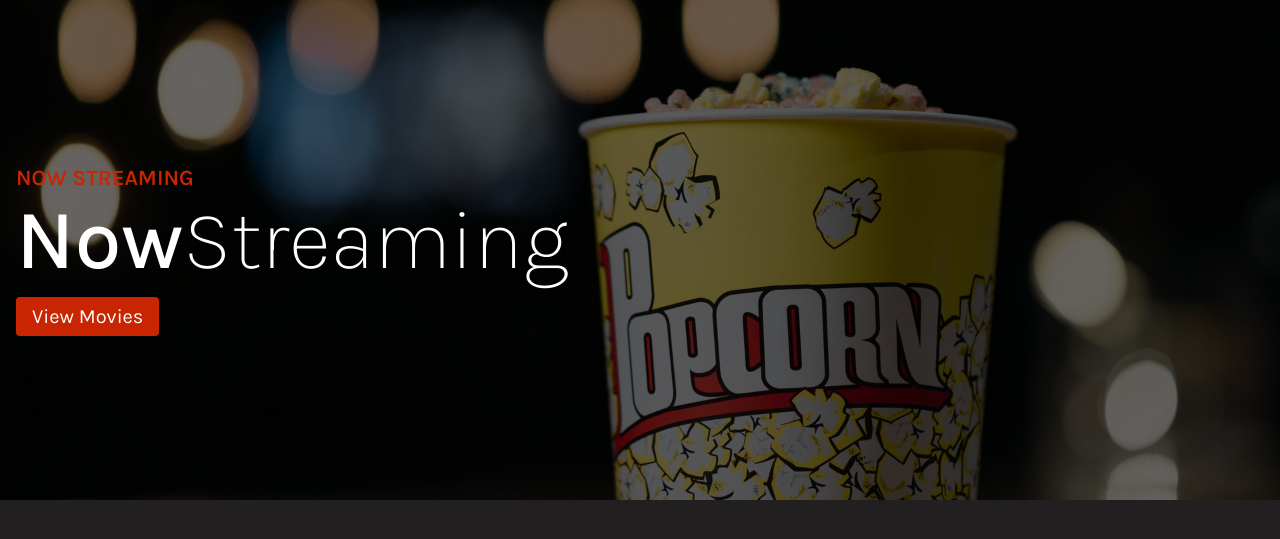
Repository: tomas938/films-overview
Page: /
An editor plug-in stored every save of this project. The page is shown before and after the next save, followed by the edit.
The browser window is 1280 px wide. The pictures show the whole page.
The page's requests for data from a server got no answer. The project was rebuilt for these pictures with package versions that can differ from the ones it lists, and the page was loaded fresh each time. The framework's server and built-in components were replaced by stand-ins that run in the browser. No one was signed in, and anything a server would have sent is missing. Also part of the build but not shown: nuxt.config.js, components/Loading.vue.

Above is the page before, as saved 2021-08-26 20:30:52.

### assets/defaults.scss
@import url('https://fonts.googleapis.com/css2?family=Karla:wght@200;300;400;500;600&display=swap');

* {
  margin: 0;
  padding: 0;
  box-sizing: border-box;
  font-family: 'Karla', sans-serif;
  scroll-behavior: smooth;
}

// app transitions
.page-enter-active,
.page-leave-active {
  transition: opacity 0.5s;
}
.page-enter,
.page-leave-to {
  opacity: 0;
}

.app {
  background-color: #211f1f;
  min-height: 100vh;
}

.button {
  display: inline-block;
  text-decoration: none;
  color: inherit;
  padding: 8px 16px;
  background-color: #c92502;
  border: none;
  color: #fff;
  border-radius: 4px;
  cursor: pointer;
  transition: 0.3s ease all;

  &:hover {
    background-color: #891b02;
  }
}

.button-light {
  background-color: transparent;
  border: 1px solid #c92502;

  &:hover {
    border-color: transparent;
  }
}

.container {
  max-width: 1400px;
  margin: 0 auto;
}

.loading {
  height: 100vh;
  width: 100%;
  display: flex;
  justify-content: center;
  align-items: center;

  @keyframes circle-loading {
    to {
      transform: rotateZ(360deg);
    }
  }

  span {
    display: block;
    width: 70px;
    height: 70px;
    border-radius: 50%;
    border: 2px solid transparent;
    border-top-color: #fff;
    animation: circle-loading 1200ms ease infinite;
  }
}

### components/Hero.vue
<template>
  <div class="hero">
    <img src="../assets/imgs/movieHero.jpg" alt="hero image" />
    <div class="text-container">
      <div class="text">
        <span class="mini-heading">Now Streaming</span>
        <h1><span>Now</span>Streaming</h1>
        <a href="#movie-grid" class="button">View Movies</a>
      </div>
    </div>
  </div>
</template>

<script>
export default {
  name: 'Hero',
}
</script>

<style lang="scss" scoped>
.hero {
  height: 400px;
  position: relative;
  @media (min-width: 750px) {
    height: 500px;
  }
  &::after {
    content: '';
    position: absolute;
    top: 0;
    left: 0;
    height: 100%;
    width: 100%;
    background-color: rgba(0, 0, 0, 0.6);
  }
  img {
    width: 100%;
    height: 100%;
    object-fit: cover;
  }
  .text-container {
    z-index: 99;
    position: absolute;
    top: 0;
    margin: 0;
    width: 100%;
    height: 100%;
    display: flex;
    flex-direction: column;
    justify-content: center;
    .text {
      padding: 0 16px;
      width: 100%;
      max-width: 1400px;
      margin: 0 auto;
    }
    .mini-heading {
      font-weight: 600;
      font-size: 18px;
      text-transform: uppercase;
      color: #c92502;
      margin-bottom: 8px;
      @media (min-width: 750px) {
        font-size: 22px;
      }
    }
    h1 {
      color: #fff;
      font-size: 64px;
      font-weight: 200;
      margin-bottom: 8px;
      @media (min-width: 750px) {
        font-size: 84px;
      }
      span {
        font-weight: 500;
      }
    }
    .button {
      font-size: 20px;
      align-self: flex-start;
    }
  }
}
</style>

### layouts/default.vue
<template>
  <div class="app">
    <Nuxt />
  </div>
</template>

### pages/index.vue
<template>
  <div class="home">
    <Hero></Hero>
    <div class="container movies">
      <div id="movies-grid"></div>
    </div>
  </div>
</template>

<script>
import axios from 'axios'
export default {
  data() {
    return {
      movies: [],
    }
  },
  async fetch() {
    await this.getMovies()
  },
  methods: {
    async getMovies() {
      const data = axios(
        'https://api.themoviedb.org/3/movie/now_playing?api_key=a0b65c5ae8f856e9b3307cd48815620d&language=en-US&page=1'
      )
      const result = await data
      result.data.results.forEach((movie) => {
        this.movies.push(movie)
      })
      console.log(this.movies)
    },
  },
}
</script>

After the next save:
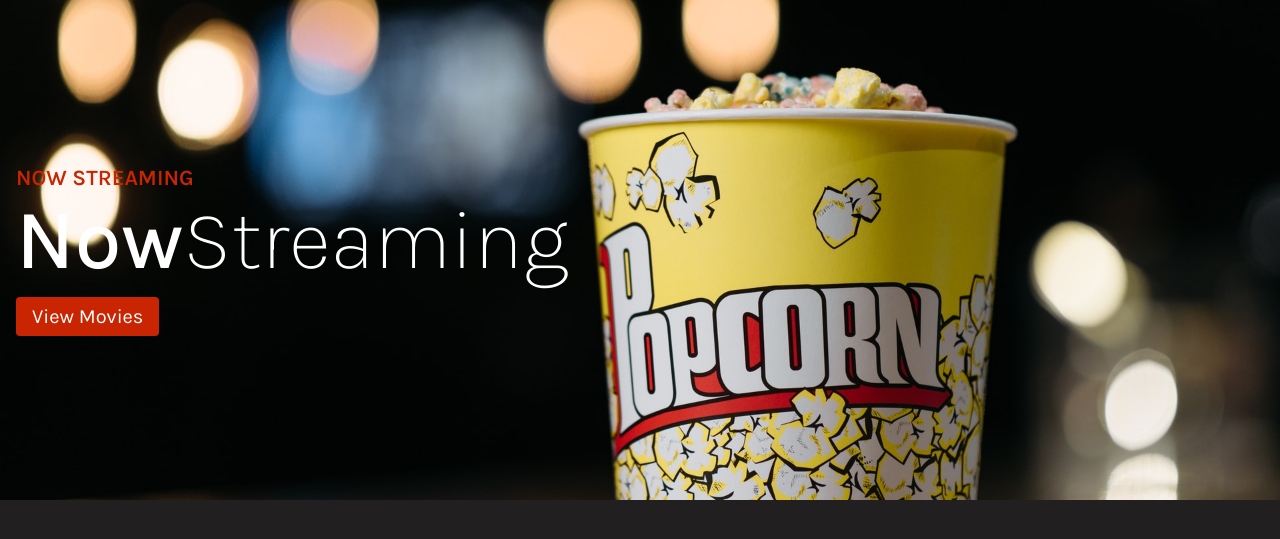
Saved 11 s later.
--- a/components/Hero.vue
+++ b/components/Hero.vue
@@ -24,15 +24,7 @@
   @media (min-width: 750px) {
     height: 500px;
   }
-  &::after {
-    content: '';
-    position: absolute;
-    top: 0;
-    left: 0;
-    height: 100%;
-    width: 100%;
-    background-color: rgba(0, 0, 0, 0.6);
-  }
+
   img {
     width: 100%;
     height: 100%;

After the save that followed:
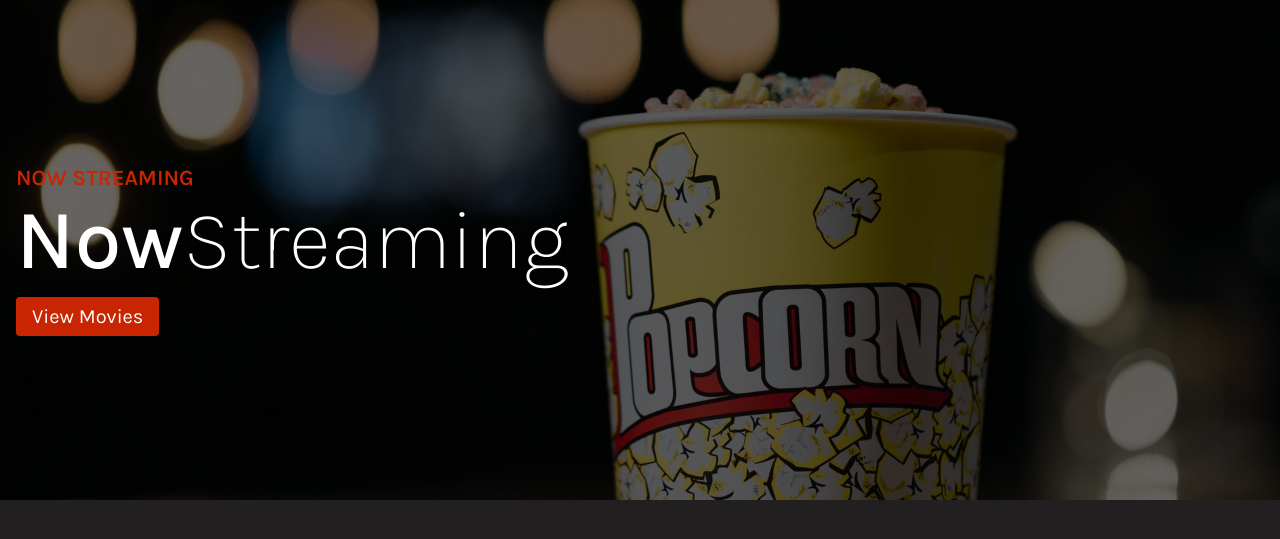
Saved 4 s later.
--- a/components/Hero.vue
+++ b/components/Hero.vue
@@ -24,7 +24,15 @@
   @media (min-width: 750px) {
     height: 500px;
   }
-
+  &::after {
+    content: '';
+    position: absolute;
+    top: 0;
+    left: 0;
+    height: 100%;
+    width: 100%;
+    background-color: rgba(0, 0, 0, 0.6);
+  }
   img {
     width: 100%;
     height: 100%;
